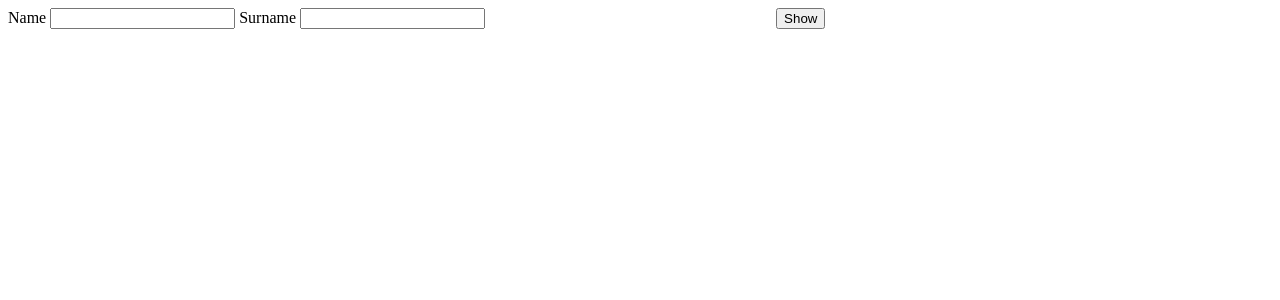
Repository: zlenyk/wrzucak
Page: Shop/WebContent/searchFriend.html
The author's editor kept a copy of each file at every save. The page is drawn from the files as they stood at one save, then again after the next save.
The browser window is 1280 px wide. The pictures show the whole page.

Above is the page before, as saved 2013-09-24 09:44:27.

After the next save:
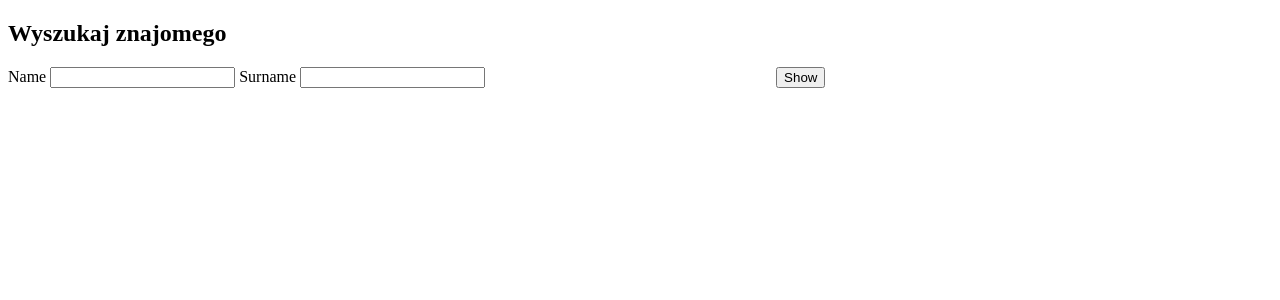
Saved 5 min 13 s later.
--- a/Shop/WebContent/searchFriend.html
+++ b/Shop/WebContent/searchFriend.html
@@ -2,10 +2,10 @@
 <html>
 <head>
 <meta charset="UTF-8">
-<title>Title</title>
 <link rel="Stylesheet" type="text/css" href="style.css" />
 </head>
 <body>
+	<h2>Wyszukaj znajomego</h2>
 	<form method="post" action="http://localhost:8080/Shop/Friends" target = "znajomy">
 			<label for="name">Name</label>
 			<input type="text" id="name" name="name"/>
